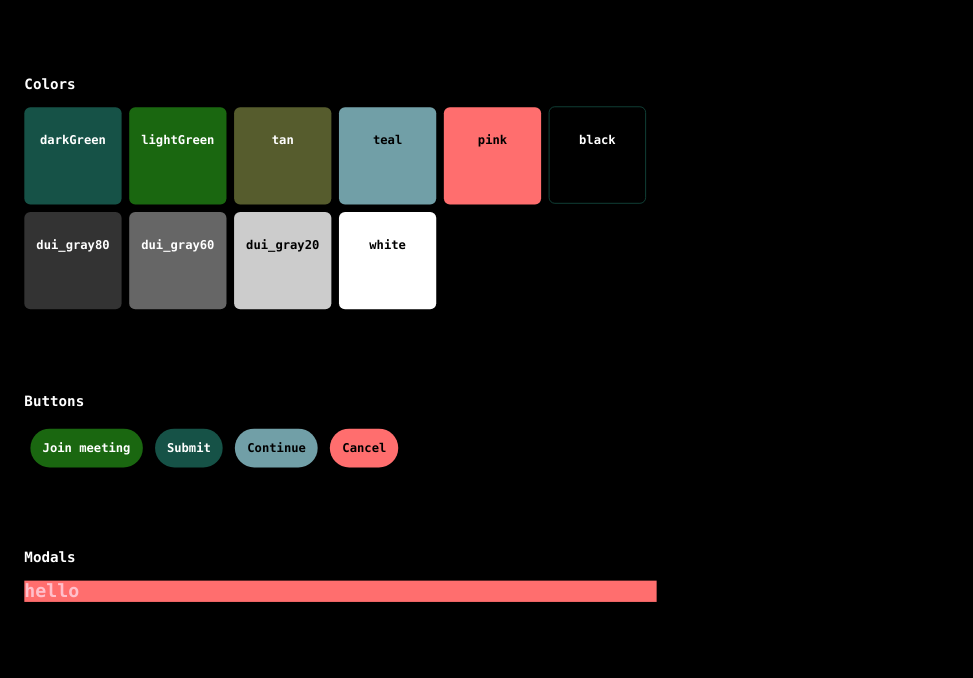
Repository: kttalley/designing-with-data_react-class
Page: / (app in lesson6_design-system-component-extension/)
These files come from the project's save history. The page is drawn as it stood at one moment and after the next save; the edit follows.
The browser window is 1280 px wide. The pictures show the whole page, at 76% of full size.
The project was rebuilt for these pictures with package versions that can differ from the ones it lists, and the page was loaded fresh each time. Imported but missing from the stored project, and not drawn on this page: lesson6_design-system-component-extension/src/Rhubarb/Input.

Above is the page before, as saved 2023-08-30 15:15:48.

### lesson6_design-system-component-extension/src/App.js
import React, { Component } from 'react';
import { DocsSection, DocsColorBox, DocsModalContainer, DocsCodeBlock } from './Docs';
import {
  GlobalStyle,
  Btn,
  Modal
} from './Rhubarb';

class App extends Component {
  render() {
    return (
      <div>
        <GlobalStyle />
        <DocsSection>
          <h3>Colors</h3>
          <DocsColorBox color="darkGreen">darkGreen</DocsColorBox>
          <DocsColorBox color="lightGreen">lightGreen</DocsColorBox>
          <DocsColorBox color="tan">tan</DocsColorBox>
          <DocsColorBox color="teal">teal</DocsColorBox>
          <DocsColorBox color="pink">pink</DocsColorBox>
          <DocsColorBox color="black">black</DocsColorBox>
          <DocsColorBox color="dui_gray80">dui_gray80</DocsColorBox>
          <DocsColorBox color="dui_gray60">dui_gray60</DocsColorBox>
          <DocsColorBox color="dui_gray20">dui_gray20</DocsColorBox>
          <DocsColorBox color="white">white</DocsColorBox>
        </DocsSection>

        <DocsSection>
          <h3>Buttons</h3>
          <Btn color="lightGreen">Join meeting</Btn>
          <Btn color="darkGreen">Submit</Btn>
          <Btn color="teal">Continue</Btn>
          <Btn color="pink">Cancel</Btn>
        </DocsSection>

        <DocsSection>
          <h3>Modals</h3>
          <Modal color="pink"><h1>hello</h1></Modal>

        </DocsSection>
      </div>
    );
  }
}

export default App;

### lesson6_design-system-component-extension/src/Docs/index.js
import styled from 'styled-components';
import {color, space, isDarkBackground, fontSize} from '../Rhubarb';

export const DocsColorBox = styled.div`
background-color: ${ props => color[props.color] ? color[props.color] : color.black };
  color: ${props => isDarkBackground(props.color) ? color.black : color.white};
  height: ${space[6] + 'px'};
  width: ${space[6] + 'px'};
  padding-top: 33px;
  text-align: center;
  font-weight: bold;
  display: inline-block;
  margin-right: 10px;
  margin-bottom: 10px;
  border-radius: 8px;
  border: ${props => props.color === "black" ? '1px solid' + color.darkGreen : 'none'}
`;

export const DocsSection = styled.section`
  margin: 100px 32px;
  max-width: 832px;
`;

export const DocsModalContainer = styled.section`
  position: relative;
  height: 300px;
  border-radius: 3px;
  background: ${color.dui_gray80}
`;

export const DocsCodeBlock = styled.code`
  border: 1px solid ${color.dui_gray80};
  color: ${color.dui_gray60}
  border-radius: 8px;
  display: block;
  font-family: consolas, monospace;
  line-height: 1.3;
  padding: ${space[1] + 'px'};
  white-space: pre-line;
  font-size: ${fontSize[1]};
  margin-top: ${space[3] + 'px'};
  transition: 0.15s color ease;

  &::selection {
    color: ${color.black};
    background-color: ${color.pink};
  }

  &:hover {
    color: ${color.white};
  }


`;

### lesson6_design-system-component-extension/src/Rhubarb/index.js
//this file indexes all Rhubarb components for export

import { createGlobalStyle } from "styled-components";

export const GlobalStyle = createGlobalStyle`
  * {
    box-sizing: border-box;
  }

  body {
    margin: 0;
    padding: 0;
    font-family: menlo, sans-serif;
    background-color: black;
    color: white;
  }
`;


export * from './Button';
export * from './Input';
export * from './Utils';
export * from './Modal';

### lesson6_design-system-component-extension/src/Rhubarb/Button.js
import { color, space, isDarkBackground} from './Utils';
import styled from 'styled-components';
export const Btn = styled.button`
  background-color: ${ props => color[props.color] ? color[props.color] : color.black };
  color: ${props => isDarkBackground(props.color) ? color.black : color.white};
  border-radius: ${space[6] + 'px'};
  padding: ${space[3] + 'px'};
  margin: ${space[2] + 'px'};
  font-family: menlo;
  font-weight: bold;
  font-size: ${space[3] + 'px'};
  border: none;

  &:hover {
    filter: brightness(1.4);
  }

`;

### lesson6_design-system-component-extension/src/Rhubarb/Utils.js
export const color = {

  //core colors
  darkGreen: '#165247',
  tan: '#565C2D',
  lightGreen: '#1A6710',
  teal: '#719FA7',
  pink: '#FF6E6E',

  //grayscale - needs lui
  black: '#000000',
  dui_gray80: '#FFFFFF33',
  dui_gray60: '#FFFFFF66',
  dui_gray40: '##FFFFFF44',
  dui_gray20: '#FFFFFFCC',
  white: '#FFFFFF',
  // solid grays, no opacity,
  //for sake of utility function below
  gray1: '#606060',
  gray2: '#313131',
  gray3: '#181818'

}

export const space = [
  0,
  2,
  8,
  16,
  32,
  64,
  128,
  256,
  512
];

export const fontSize = [
  '14px',
  '16px',
  '20px',
  '24px',
  '32px',
  '64px'
];


export const isDarkBackground = function(color) {
  if (color) {
    if (color.includes('dui_gray20') || color.includes('teal') || color.includes('pink') || color.includes('white')) {
      return true;
    } else {
      return false;
    }
  }
}

### lesson6_design-system-component-extension/src/Rhubarb/Modal.js
import { color, space, isDarkBackground} from './Utils';
import styled from 'styled-components';

export const Modal = styled.div`
  background-color: ${props => color[props.color] ? color[props.color] : color.black };
  color: pink;
`;

Loaded but not shown: lesson6_design-system-component-extension/public/index.html (common file); lesson6_design-system-component-extension/src/index.js (common file); lesson6_design-system-component-extension/src/index.css (common file); lesson6_design-system-component-extension/src/reportWebVitals.js (common file)

After the next save:
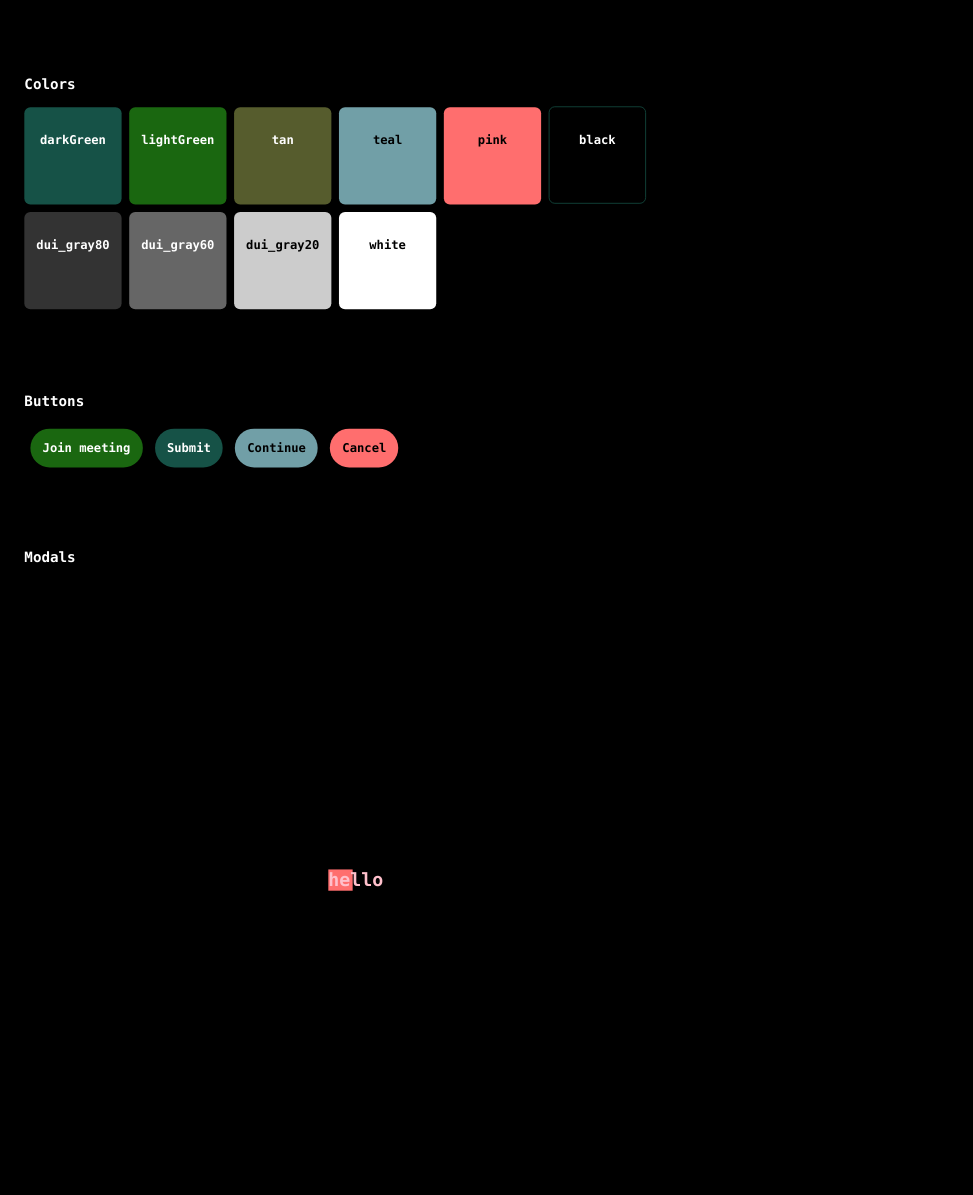
Saved 6 s later.
--- a/lesson6_design-system-component-extension/src/Rhubarb/Modal.js
+++ b/lesson6_design-system-component-extension/src/Rhubarb/Modal.js
@@ -4,4 +4,5 @@
 export const Modal = styled.div`
   background-color: ${props => color[props.color] ? color[props.color] : color.black };
   color: pink;
+  margin: 400px;
 `;

After the save that followed:
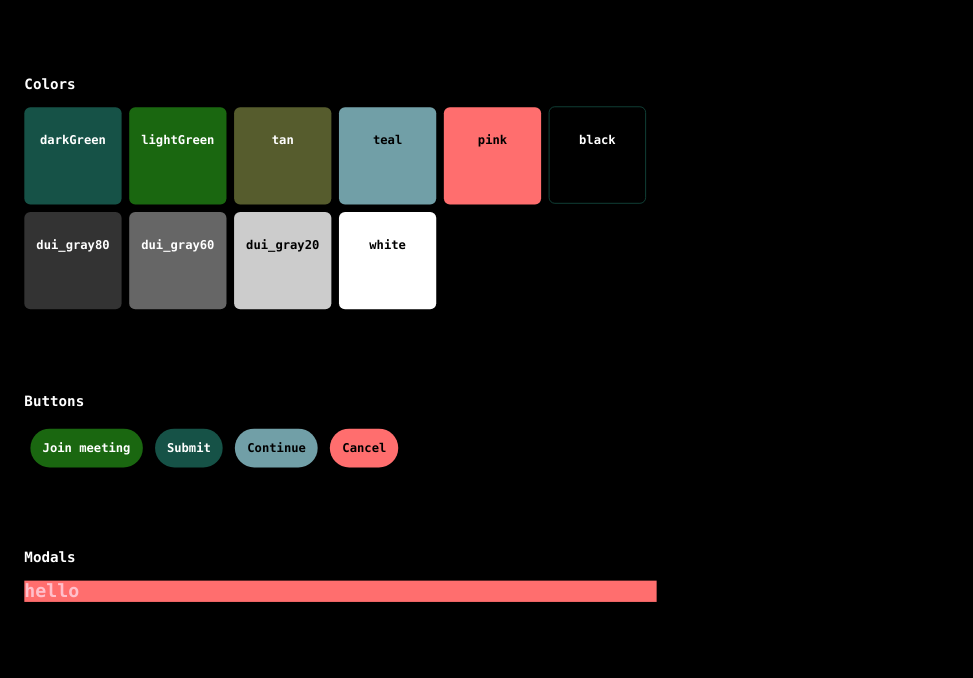
Saved 4 s later.
--- a/lesson6_design-system-component-extension/src/Rhubarb/Modal.js
+++ b/lesson6_design-system-component-extension/src/Rhubarb/Modal.js
@@ -4,5 +4,4 @@
 export const Modal = styled.div`
   background-color: ${props => color[props.color] ? color[props.color] : color.black };
   color: pink;
-  margin: 400px;
 `;
